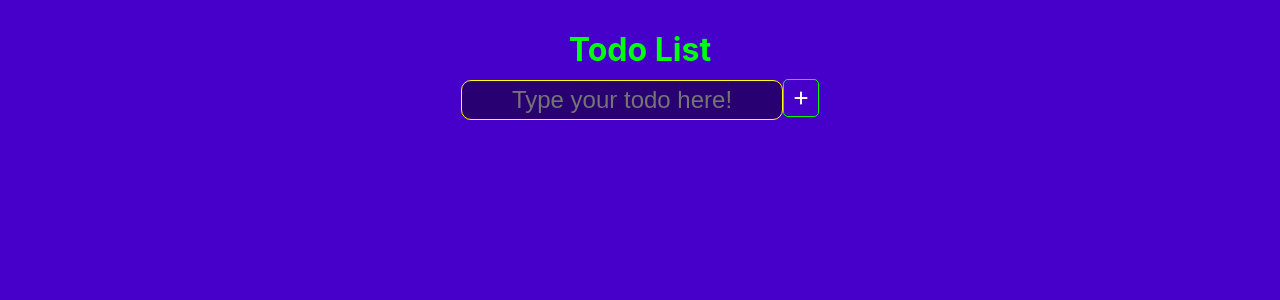
Repository: badhon252/todo-app
Page: /
The author's editor kept a copy of each file at every save. The page is drawn from the files as they stood at one save, then again after the next save.
The browser window is 1280 px wide. The pictures show the whole page.
The project was rebuilt for these pictures with package versions that can differ from the ones it lists, and the page was loaded fresh each time.

Above is the page before, as saved 2022-01-26 14:22:00.

### public/index.html
<!DOCTYPE html>
<html lang="en">

<head>
  <meta charset="utf-8" />
  <link rel="icon" href="%PUBLIC_URL%/favicon.ico" />
  <meta name="viewport" content="width=device-width, initial-scale=1" />
  <meta name="theme-color" content="#000000" />
  <meta name="description" content="Web site created using create-react-app" />
  <link rel="apple-touch-icon" href="%PUBLIC_URL%/logo192.png" />

  <link rel="manifest" href="%PUBLIC_URL%/manifest.json" />

  <link rel="stylesheet" href="https://cdnjs.cloudflare.com/ajax/libs/font-awesome/5.15.4/css/all.min.css"
    integrity="sha512-1ycn6IcaQQ40/MKBW2W4Rhis/DbILU74C1vSrLJxCq57o941Ym01SwNsOMqvEBFlcgUa6xLiPY/NS5R+E6ztJQ=="
    crossorigin="anonymous" referrerpolicy="no-referrer" />
  <title>React App</title>
</head>

<body>
  <noscript>You need to enable JavaScript to run this app.</noscript>
  <div id="root"></div>
  <!--
      This HTML file is a template.
      If you open it directly in the browser, you will see an empty page.

      You can add webfonts, meta tags, or analytics to this file.
      The build step will place the bundled scripts into the <body> tag.

      To begin the development, run `npm start` or `yarn start`.
      To create a production bundle, use `npm run build` or `yarn build`.
    -->
</body>

</html>

### src/App.js
import Todo from "./components/Todo";

function App() {
  return (
    <div className="App">
      <Todo />
    </div>
  );
}

export default App;

### src/components/Todo.js
import React, { useState } from "react";
import { FontAwesomeIcon } from "@fortawesome/react-fontawesome";
import { faPlus, faTrash, faEdit } from "@fortawesome/free-solid-svg-icons";
import "../Styles/style.css";

export default function Todo() {
  const [inputItems, setInputItems] = useState("");
  const [todo, setTodo] = useState([]);

  const addItems = () => {
    if (!inputItems) {
      alert("Your input field is blank!!");
    } else {
      setTodo((e) => [...todo, inputItems]);
      setInputItems("");
    }
  };

  return (
    <div className="main-div">
      <h1>Todo List</h1>
      <div className="inputs">
        <input
          type="text"
          name=""
          id="input-box"
          placeholder="Type your todo here!"
          value={inputItems}
          onChange={(e) => setInputItems(e.target.value)}
        />
        <FontAwesomeIcon icon={faPlus} className="add-btn" onClick={addItems} />

        {/* <button type="submit" className="add-btn" onClick={addItems}>
          Add
        </button> */}
      </div>
      {/* showing items =============== */}
      <div className="show-items">
        {todo.map((currentItems, index) => {
          return (
            <div key={index}>
              <li className="todo-item">
                {currentItems}
                <FontAwesomeIcon
                  icon={faEdit}
                  className="icon edit hover:text-green-500"
                />
                <FontAwesomeIcon
                  icon={faTrash}
                  className="icon delete hover:text-red-500"
                />
              </li>
            </div>
          );
        })}
      </div>
    </div>
  );
}

### src/Styles/style.css
* {
  margin: 0;
  padding: 0;
  background-color: #4700ca;
}

.main-div {
  margin: 30px;
  text-align: center;
}
h1 {
  color: #00ff0d;
}
#input-box {
  color: #ffffff;
  padding: 5px;
  font-size: 1.5rem;
  border: 1px solid yellow;
  background-color: #280072;
  border-radius: 10px;
  text-align: center;
}
.inputs {
  margin: 10px;
}
.fa-circle-plus {
  font-size: 1rem;
  color: white;
}

.add-btn {
  padding: 10px;
  /* background-color: rgb(0, 255, 34); */
  color: #fff;
  border: 1px solid rgb(0, 255, 0);
  font-weight: 700;
  font-size: 1rem;
  border-radius: 5px;
  cursor: pointer;
  margin-bottom: -7px;
}

.icon {
  padding: 0 10px;
  border-radius: 5px;
  cursor: pointer;
  /* background-color: rgb(0, 255, 34); */
  /* color: rgb(0, 0, 0); */
  /* border: 1px solid black; */
  /* font-weight: 700; */
}
.todo-item {
  /* background-color: #5b0080; */
  padding: 5px;
  color: white;
  font-size: 20px;
  font-weight: 700;
}

.delete:hover {
  color: red;
}
.edit:hover {
  color: rgb(0, 255, 0);
}

Loaded but not shown: src/index.js (common file); src/index.css (common file); src/reportWebVitals.js (common file)

After the next save:
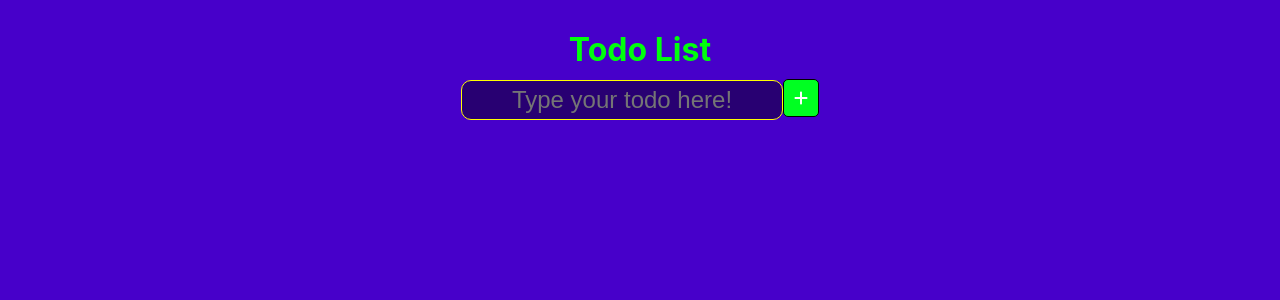
Saved 61 s later.
--- a/src/Styles/style.css
+++ b/src/Styles/style.css
@@ -30,9 +30,9 @@ h1 {
 
 .add-btn {
   padding: 10px;
-  /* background-color: rgb(0, 255, 34); */
+  background-color: rgb(0, 255, 34);
   color: #fff;
-  border: 1px solid rgb(0, 255, 0);
+  border: 1px solid rgb(0, 0, 0);
   font-weight: 700;
   font-size: 1rem;
   border-radius: 5px;
